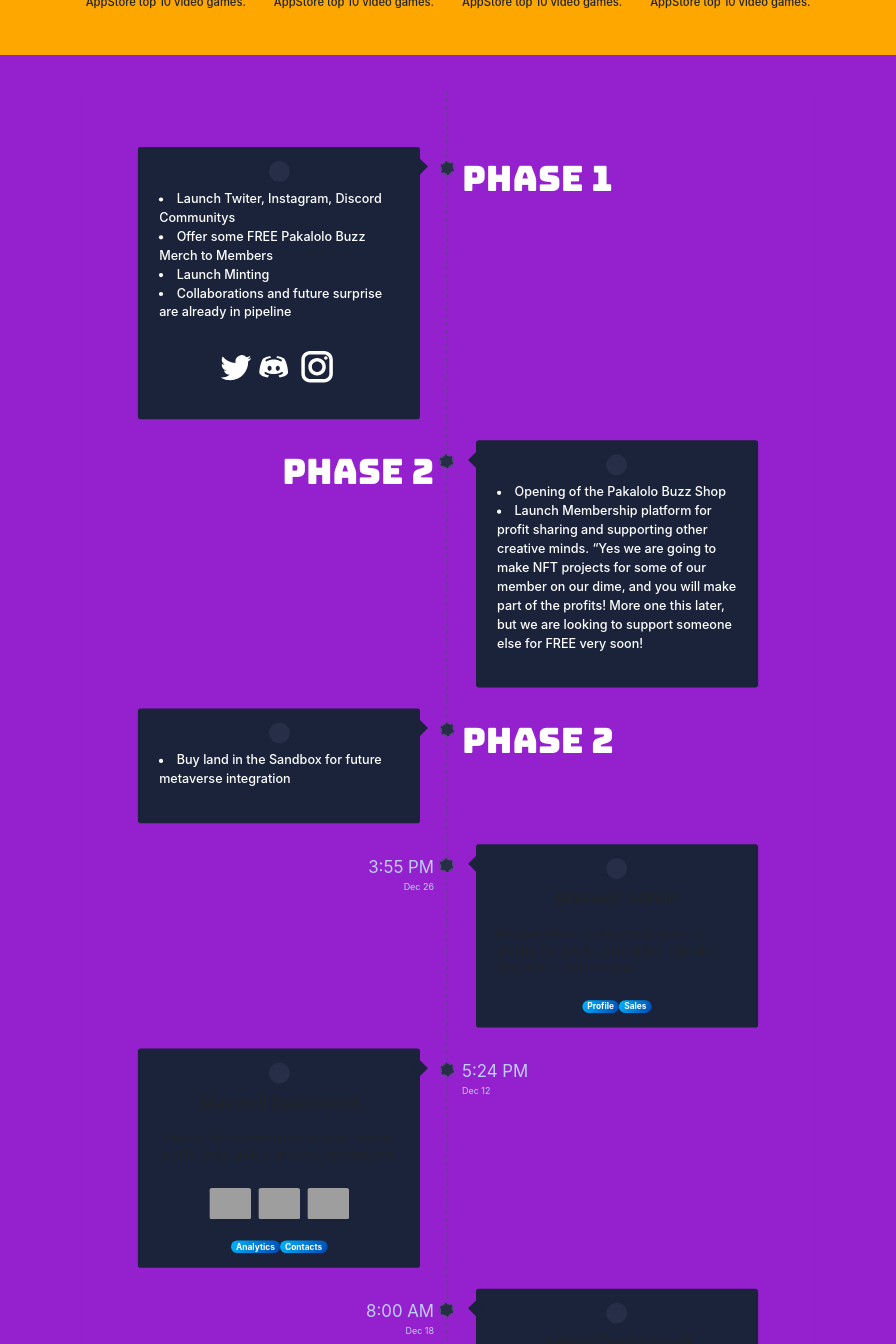
Repository: danishmahmoodawan/Pakalolo_buzz
Page: /
An editor plug-in stored every save of this project. The page is shown before and after the next save, followed by the edit.
The browser window is 1280 px wide. The pictures show the part of the page from y = 2790 to 4710 px (the page is 6674 px tall before and 6728 px after), at 70% of full size.
Pictures or frames that could not be fetched are drawn as grey boxes. The project was rebuilt for these pictures with package versions that can differ from the ones it lists, and the page was loaded fresh each time. Also part of the build but not shown: craco.config.js.

Above is the page before, as saved 2022-04-29 02:31:26.

After the next save:
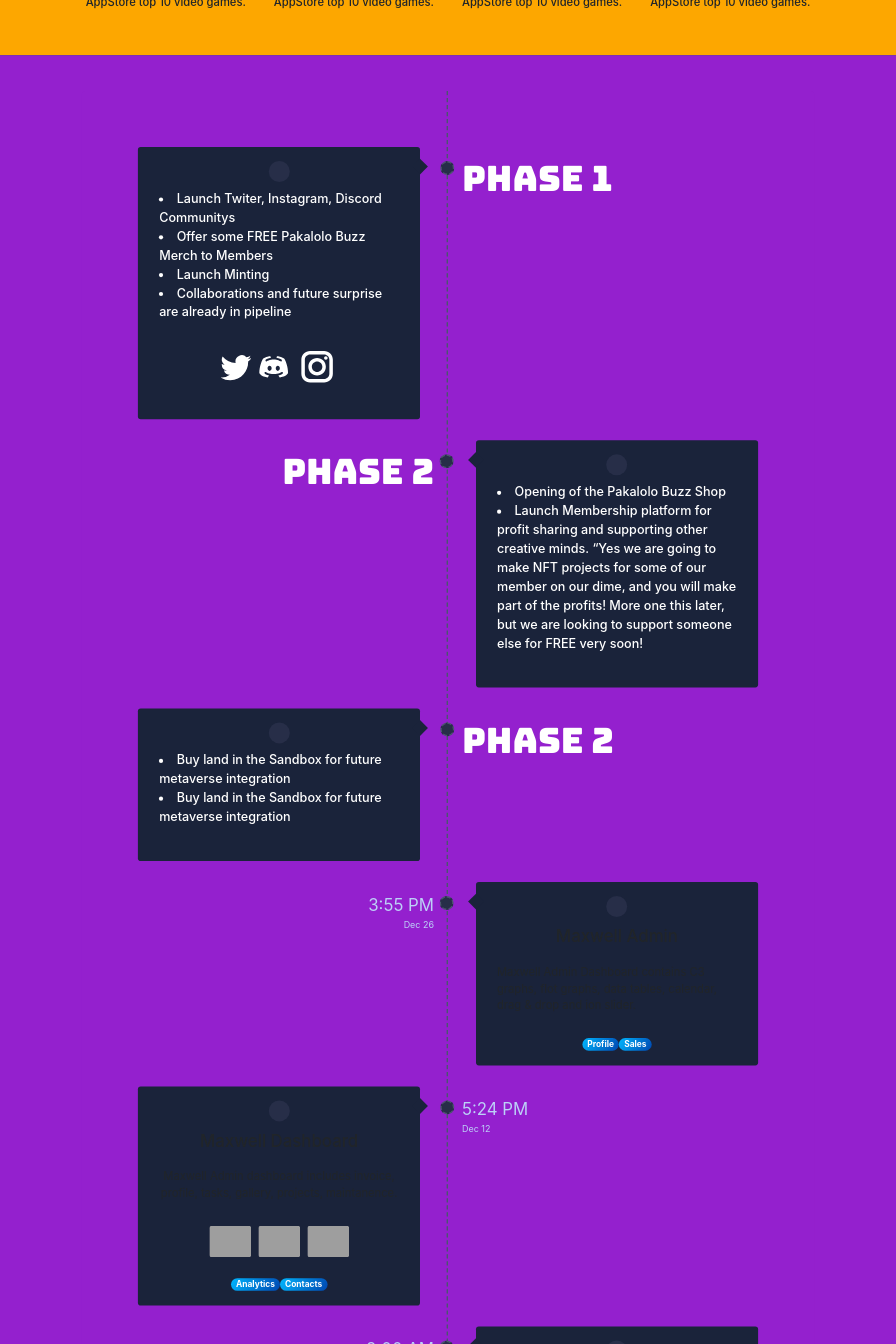
Saved 5 s later.
--- a/src/pages/Home.js
+++ b/src/pages/Home.js
@@ -223,6 +223,8 @@
 				<i class="icon-turned_in_not"></i>
                 <p class="timeline_phase text-left">
                 <li>Buy land in the Sandbox for future metaverse integration</li>
+                <li>Buy land in the Sandbox for future metaverse integration</li>
+
                 </p>
 			</div>
 		</div>
